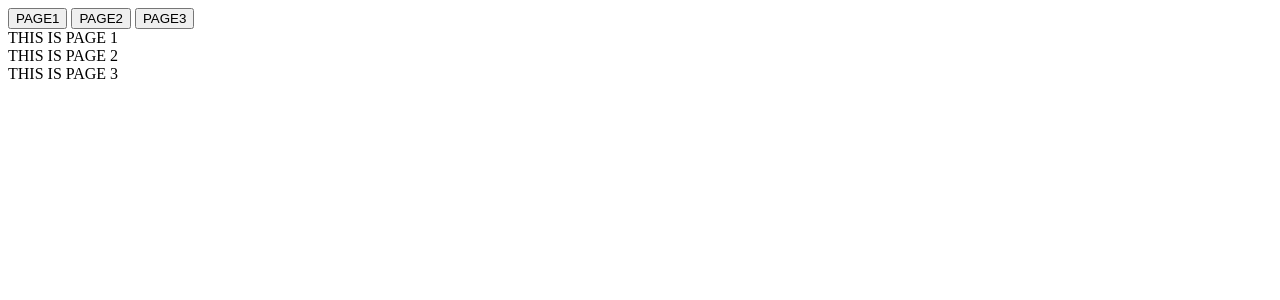
Repository: sofia123776/WEBPROGRAMMING
Page: singlepage.html
The author's editor kept a copy of each file at every save. The page is drawn from the files as they stood at one save, then again after the next save.
The browser window is 1280 px wide. The pictures show the whole page.

Above is the page before, as saved 2025-11-12 23:59:24.

After the next save:
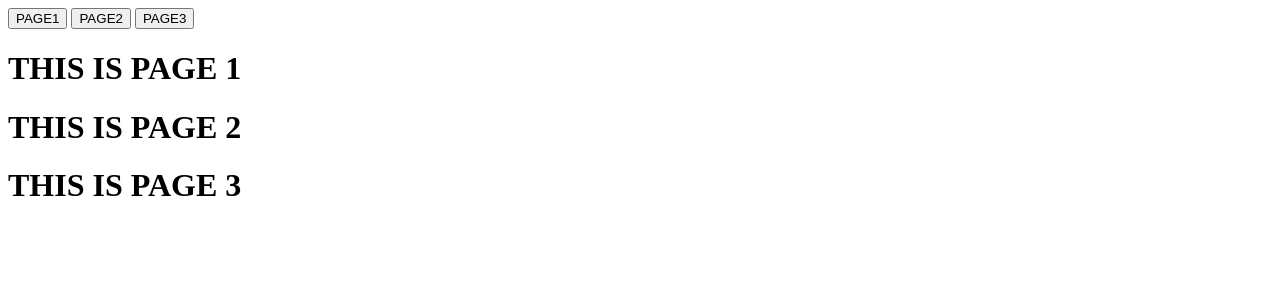
Saved 90 s later.
--- a/singlepage.html
+++ b/singlepage.html
@@ -11,8 +11,8 @@
     <button data-page="page2">PAGE2</button>
     <button data-page="page3">PAGE3</button>
 
-    <div id="page1">THIS IS PAGE 1</div>
-    <div id="page2">THIS IS PAGE 2</div>
-    <div id="page3">THIS IS PAGE 3</div>
+    <div id="page1"><h1>THIS IS PAGE 1</h1></div>
+    <div id="page2"><h1>THIS IS PAGE 2</h1></div>
+    <div id="page3"><h1>THIS IS PAGE 3</h1></div>
 </body>
 </html>
